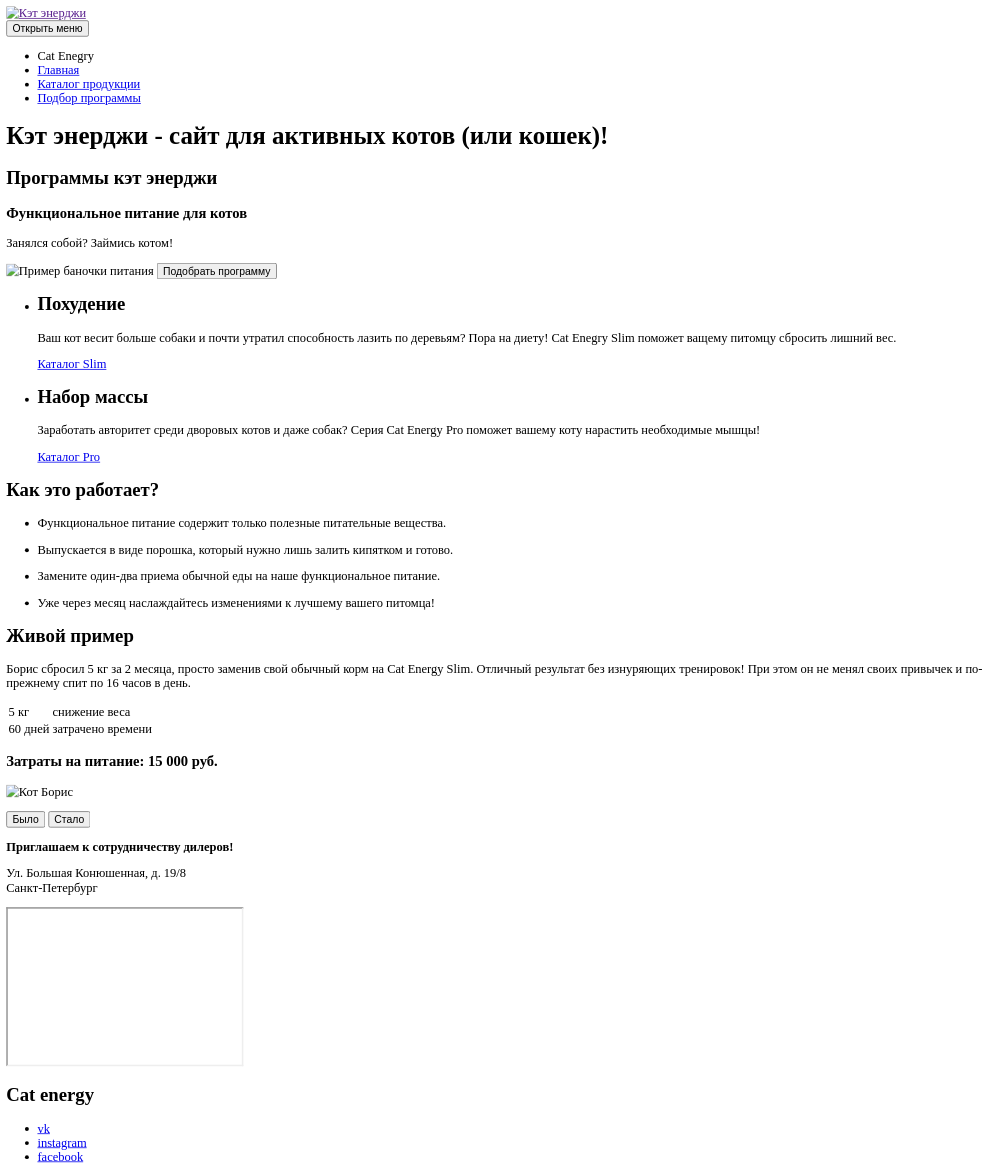
Repository: infernotw/1054987-cat-energy-17
Page: source/index.html
The author's editor kept a copy of each file at every save. The page is drawn from the files as they stood at one save, then again after the next save.
The browser window is 1280 px wide. The pictures show the whole page, at 78% of full size.

Above is the page before, as saved 2019-07-17 04:54:21.

### source/index.html
<!DOCTYPE html>
<html lang="ru">

<head>
  <meta charset="utf-8">
  <title>HTML Academy: Кэт энерджи</title>
</head>

<body>

  <header class="page-header">
    <a href="" class="page-header__logo">
      <img src="#" alt="Кэт энерджи" width="" height="" class="page-header__logo-image">
    </a>
    <nav class="main-nav">
      <button class="main-nav__toggle" type="button">Открыть меню</button>
      <div class="main-nav__wrapper">
        <ul class="main-nav__list site-list">
          <li class="site-list__item">
            <a class="site-list__item site-list__item--active">Cat Enegry</a>
          </li>
          <li class="site-list__item">
            <a href="#">Главная</a>
          </li>
          <li class="site-list__item">
            <a href="catalog.html">Каталог продукции</a>
          </li>
          <li class="site-list__item">
            <a href="form.html">Подбор программы</a>
          </li>
        </ul>
      </div>
    </nav>
  </header>

  <main class="page-main">
    <h1 class="visually-hidden">Кэт энерджи - сайт для активных котов (или кошек)!</h1>
    <section class="program">
      <header class="program__header">
        <h2 class="visually-hidden">Программы кэт энерджи</h2>
        <h3 class="program__about">Функциональное питание для котов</h3>
        <p class="program__info">Занялся собой? Займись котом!</p>
        <img src="#" alt="Пример баночки питания">
        <button class="program__button" type="button">Подобрать программу</button>
      </header>
      <div class="program__wrapper">
        <ul class="program__list">
          <li class="program__item program__item--slim">
            <h2 class="program__title">Похудение</h2>
            <p class="program__description">Ваш кот весит больше собаки и почти утратил способность лазить по деревьям?
              Пора на диету! Cat Enegry Slim поможет ващему питомцу сбросить лишний вес.</p>
            <a class="program__button" href="#">Каталог Slim</a>
          </li>
          <li class="program__item program__item--pro">
            <h2 class="program__title">Набор массы</h2>
            <p class="program__description">Заработать авторитет среди дворовых котов и даже собак? Серия Cat Energy Pro
              поможет вашему коту нарастить необходимые мышцы!</p>
            <a class="program__button" href="#">Каталог Pro</a>
          </li>
        </ul>
      </div>
    </section>
    <section class="how-it-works">
      <div class="how-it-works__wrapper">
        <h2 class="how-it-works__title">Как это работает?</h2>
        <ul class="how-it-works__list">
          <li class="how-it-works__item how-it-works__item--food">
            <p class="how-it-works__description">Функциональное питание содержит только полезные питательные вещества.
            </p>
          </li>
          <li class="how-it-works__item how-it-works__item--water">
            <p class="how-it-works__description">Выпускается в виде порошка, который нужно лишь залить кипятком и
              готово.</p>
          </li>
          <li class="how-it-works__item how-it-works__item--change">
            <p class="how-it-works__description">Замените один-два приема обычной еды на наше функциональное питание.
            </p>
          </li>
          <li class="how-it-works__item how-it-works__item--time">
            <p class="how-it-works__description">Уже через месяц наслаждайтесь изменениями к лучшему вашего питомца!</p>
          </li>
        </ul>
      </div>
    </section>
    <section class="example">
      <div class="example__wrapper slider">
        <h2 class="example__title">Живой пример</h2>
        <p class="example__description">Борис сбросил 5 кг за 2 месяца, просто заменив свой обычный корм на Cat Energy
          Slim. Отличный результат без изнуряющих тренировок! При этом он не менял своих привычек и по-прежнему спит по
          16 часов в день.</p>
        <table class="example__achive">
          <tr>
            <td class="example__value">5 кг</td>
            <td class="example__field">снижение веса</td>
          </tr>
          <tr>
            <td class="example__value">60 дней</td>
            <td class="example__field">затрачено времени</td>
          </tr>
        </table>
        <h3 class="example__spending">Затраты на питание: 15 000 руб.</h3>
        <img src="#" alt="Кот Борис">
        <p class="example__toggles slider__toggles">
          <button class="slider__toggle" type="button">Было</button>
          <button class="slider__toggle" type="button">Стало</button>
        </p>
      </div>
    </section>
  </main>

  <footer class="page-footer">
    <div class="page-footer__contacts contacts">
      <b class="contacts__title">Приглашаем к сотрудничеству дилеров!</b>
      <p class="contacts__text">Ул. Большая Конюшенная, д. 19/8<br>Санкт-Петербург</p>
      <div class="contacts__map">
        <iframe src="https://yandex.ru/map-widget/v1/-/CCwfVC62" width="300" height="200"></iframe>
      </div>
    </div>
    <div class="page-footer__social social">
      <h2 class="social__title">Cat energy</h2>
      <ul class="social__list">
        <li class="social__item">
          <a href="#" class="social__link social__link--vk">vk</a>
        </li>
        <li class="social__item">
          <a href="#" class="social__link social__link--instagram">instagram</a>
        </li>
        <li class="social__item">
          <a href="#" class="social__link social__link--facebook">facebook</a>
        </li>
      </ul>
    </div>
    <div class="page-footer__copyright copyright">

    </div>
  </footer>

</body>

</html>

After the next save:
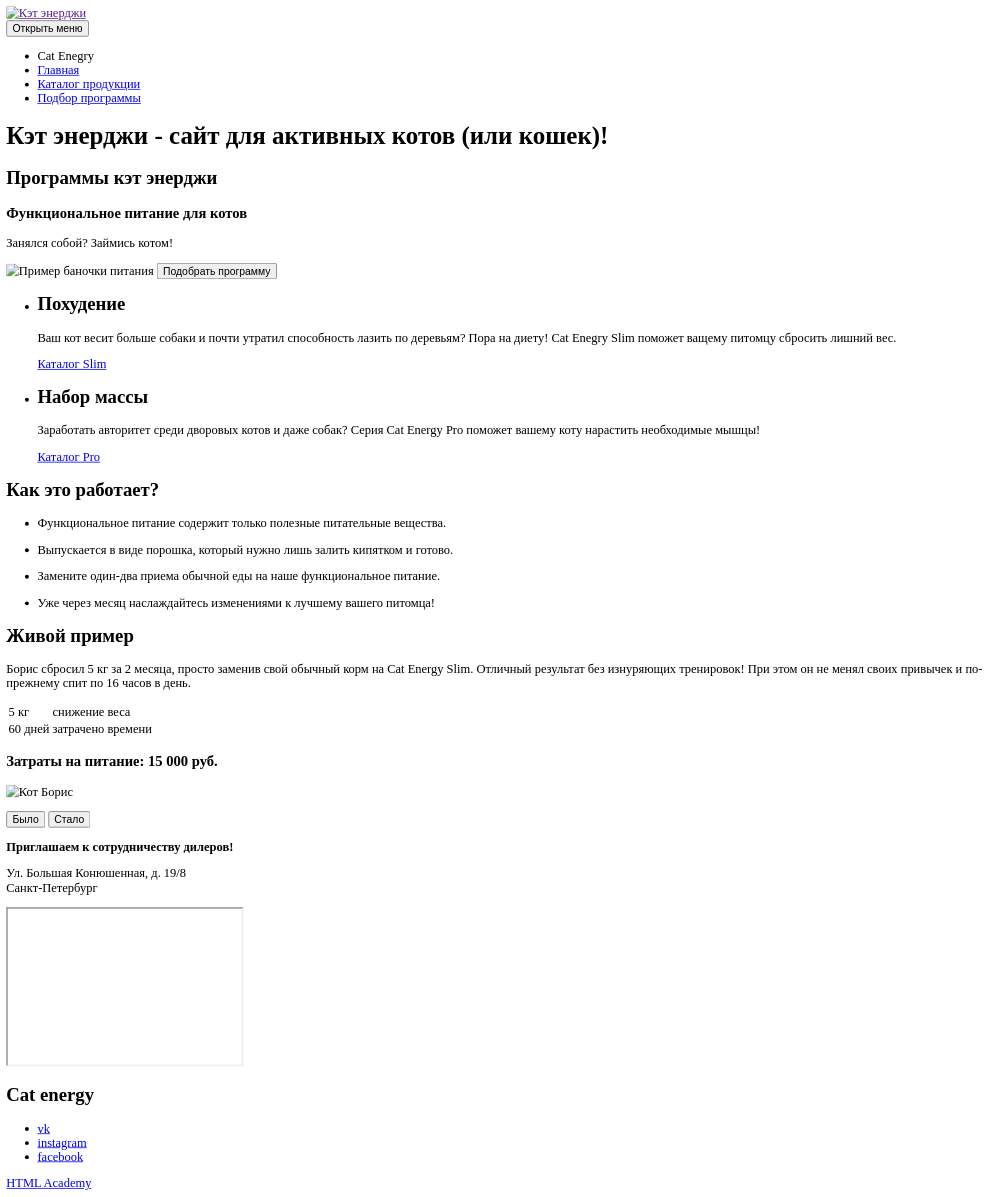
Saved 55 s later.
--- a/source/index.html
+++ b/source/index.html
@@ -131,7 +131,7 @@
       </ul>
     </div>
     <div class="page-footer__copyright copyright">
-
+      <a href="#" class="button copyright__link">HTML Academy</a>
     </div>
   </footer>
 
